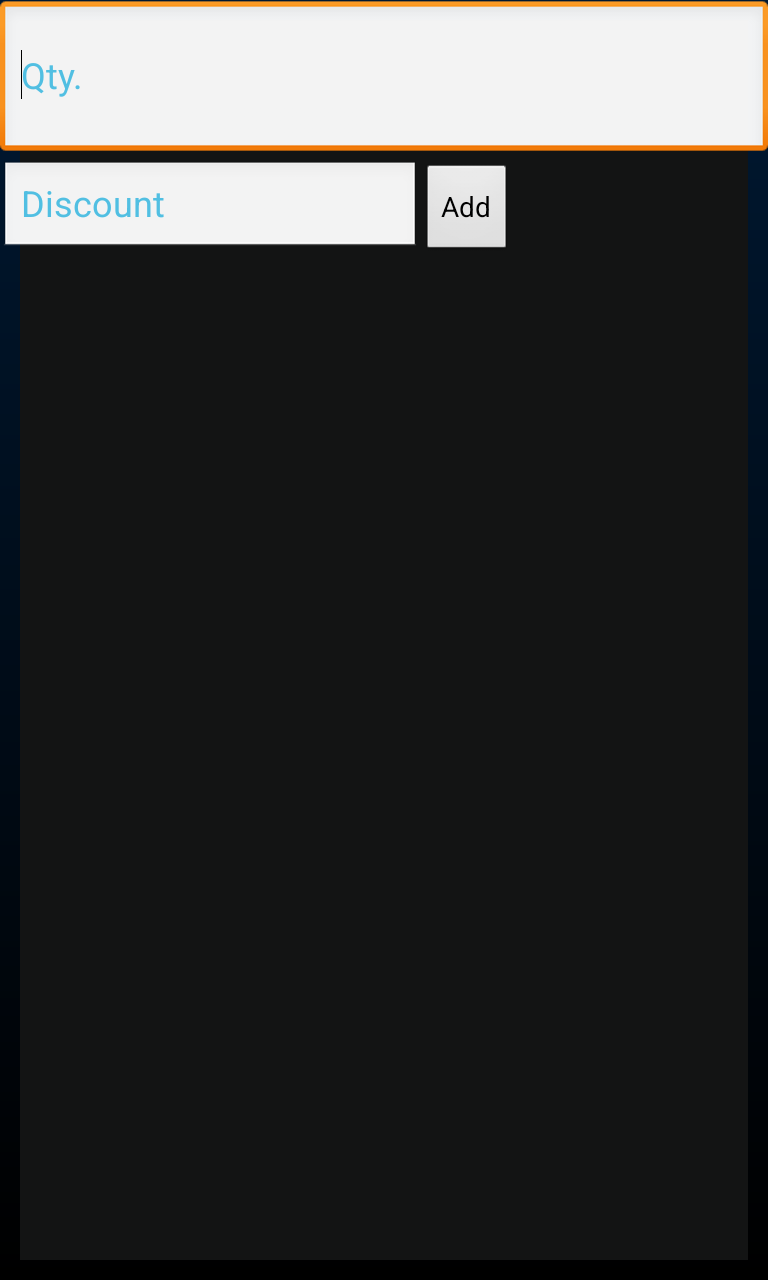
Repository: jasleen1291/B2BMobileApplication
Layout: Mobile E Commerce/B2B/res/layout/simple.xml
An editor plug-in stored every save of this project. The layout is shown before and after the next save, followed by the edit.
It is drawn on a 768 x 1280 px phone screen (xhdpi) without system bars, with theme mycustomtheme; the app's code is not run. Lists and similar views that code fills are empty.

Above is the layout before, as saved 2013-05-27 17:17:41.

### Mobile E Commerce/B2B/res/layout/simple.xml
<?xml version="1.0" encoding="utf-8"?>
<LinearLayout xmlns:android="http://schemas.android.com/apk/res/android"
    android:layout_width="match_parent"
    android:layout_height="match_parent"
    android:orientation="vertical" >

    <EditText
        android:id="@+id/editText1"
        android:layout_width="match_parent"
        android:layout_height="0dp"
        android:layout_weight="1"
        android:hint="@string/qty"
        android:ems="10" >

        <requestFocus />
    </EditText>

    <LinearLayout
        android:layout_width="match_parent"
        android:layout_height="0dp"
        android:layout_weight="1"
        android:orientation="horizontal" >

        <EditText
            android:id="@+id/editText2"
            android:layout_width="wrap_content"
            android:layout_height="wrap_content"
            android:hint="@string/discount"
            android:ems="10" />

        <Button
            android:id="@+id/button1"
            android:layout_width="wrap_content"
            android:layout_height="wrap_content"
            android:text="@string/add" />

    </LinearLayout>

    <ListView
        android:id="@+id/listView1"
        android:layout_width="match_parent"
        android:layout_height="0dp"
        android:layout_weight="6"
         >
    </ListView>

</LinearLayout>

### Mobile E Commerce/B2B/res/values/mycustomtheme.xml
<?xml version="1.0" encoding="utf-8"?>
<resources xmlns:android="http://schemas.android.com/apk/res/android">
    <style name="mycustomtheme" parent="@android:style/Theme.NoTitleBar.Fullscreen">
        <item name="android:windowBackground">@drawable/mybg</item>
       	<item name="android:textColor">#0066cc</item>
       	<item name="android:textColorHint">#51BFE2</item>
    </style>

</resources>

### Mobile E Commerce/B2B/res/drawable/mybg.xml
<?xml version="1.0" encoding="utf-8"?>
<layer-list  xmlns:android="http://schemas.android.com/apk/res/android">
    <item>
<shape android:shape="rectangle">



        <gradient android:startColor="#001933"  android:endColor="#000" android:angle="270"/>


</shape>
</item>
<item android:left="10dp" android:top="10dp" android:right="10dp" android:bottom="10dp">

<shape android:shape="rectangle">



        <solid android:color="#131414"></solid>


</shape>
</item>
</layer-list>

### Mobile E Commerce/B2B/res/values/strings.xml
<?xml version="1.0" encoding="utf-8"?>
<resources>

    <string name="app_name">B2B</string>
    <string name="action_settings">Settings</string>
    <string name="hello_world">Hello world!</string>
    <string name="Loading">Loading&#8230;&#8230;&#8230;</string>
    <string name="title_activity_sign_up">Sign Up</string>

    <string-array name="signUpAsArray">
        <item>Customer</item>
        <item>Retailer</item>
        <item>Supplier</item>
    </string-array>

    <string name="title_activity_registeration">RegisterationActivity</string>
    <string name="title_activity_customer_area">CustomerArea</string>
    <string name="welcome">Welcome</string>
    <string name="title_activity_admin_area">Admin_area</string>
    <string name="general_complaint_fragment">General Complaint</string>
    <string name="hello_blank_fragment">Hello blank fragment</string>
    <string name="general_complaint">General Complaint</string>
    <string name="respond">Respond</string>
    <string name="submit">Submit</string>
    <string name="addcategory">Parent Category</string>
    <string name="categoryhint">Category</string>
    <string name="AddParentCategory">Add super category</string>
    <string name="complaintAbout">Complaint About</string>
    <string name="complainFrom">Complaint From</string>
    <string name="itemComplaint">Complaints about Items</string>
    <string name="shopComplaint">Complaint about shop</string>
    <string name="generalNotification">General Notification</string>
    <string name="urgentNotification">Urgent Notification</string>
    <string name="title">Title</string>
    <string name="message">Message</string>
    <string name="markAll">Mark all</string>
    <string name="advertisementPricing">Advertisement Pricing</string>
    <string name="desc">Description</string>
    <string name="days">No of days</string>
    <string name="cost">Cost</string>
    <string name="size">Size of advertisement</string>
    <string name="type">Type</string>
    <string name="fine">Fine</string>
    <string name="pickCategory">Pick a Category</string>

    <string-array name="typeArray">
        <item>Retailer</item>
        <item>Supplier</item>
    </string-array>

    <string name="update">Update</string>
    <string name="delete">Delete</string>
    <string name="view_advertisement">View Advertisements</string>
    <string name="noofcategories">No of Categories</string>
    <string name="shoppricing">Shop Pricing</string>
    <string name="view_fine_pricing">View Fine Pricing</string>
    <string name="shop_pricing">Shop Pricing</string>
    <string name="subCategory">Add Sub Category</string>
    <string name="addshop">Add Shop</string>
    <string name="title_activity_pay_fine">Pay Fine</string>
    <string name="finetitle">Your account has been suspended by the admin. Pay fine to continue using this applciation.</string>
    <string name="fineabc">Your payment has been received. Your account will now be restored. Please wait few minutes</string>
    <string name="title_activity_retailer_area">Retailer_area</string>
    <string name="title_activity_first_time_login">FirstTimeLogin</string>
    <string name="EditMyCategories">Edit My Categories</string>
    <string name="addnewitem">Add New Item</string>
    <string name="itemname">Item Name</string>
    <string name="longdescription">Long Description</string>
    <string name="qtyperunit">Qty Per unit</string>
    <string name="unit_of_measurement">Unit of Measurement</string>
    <string name="shopName">Shop Name</string>
    <string name="description">Description</string>
    <string name="categoriesAllowed">No of categories allowed</string>
    <string name="itemsSelling">No of Items Selling</string>
    <string name="itemsAvailable">No of Items not Selling</string>
    <string name="expirydate">Expiry Date</string>
    <string name="paymentEmail">Payment Email</string>
    <string name="selectcategory">Select a Category</string>
    <string name="clicktochange">Click On Image To Change It</string>
    <string name="cp">C.P.</string>
    <string name="sp">S.P.</string>
    <string name="minorder">Min order</string>
    <string name="discount">Discount</string>
    <string name="qtyonorder">Qty. On Order</string>
    <string name="qtyonhand">Qty. On Hand</string>
    <string name="qty">Qty.</string>
    <string name="viewdetails">View Details</string>
    <string name="note">Long Click on Image to view expanded image</string>
    <string name="chngImg">Change Image</string>
    <string name="addWarehouse">Add Warehouse</string>
    <string name="name">Name</string>
    <string name="cancel">Cancel</string>
    <string name="itemavailabilty">Item Availabilty</string>
    <string name="batchDiscounts">Batch Discounts</string>
    <string name="clicktoupdate">Click to Update</string>
    <string name="add">Add</string>
    <string name="place_order">Place Order</string>
    <string name="Method">Method</string>
    <string name="warehouse">Warehouse</string>
    <string-array name="ordervia">
        <item >Email</item>
        <item >Phone</item>
    </string-array>
        <string name="total">Total</string>
        <string name="zero">0</string>
        <string name="totalitems">Total No of Items</string>
        <string name="date">Date</string>
        <string name="placed_by">Placed To</string>
        <string name="placed_to">Placed To</string>
        <string name="shipment_address">Shipment Address</string>
        <string name="vieworderlist">View Orders List</string>
        <string name="order_details">Order Details</string>
        <string name="update_status">Update Status</string>
        <string name="categories">Categories</string>
        <string name="plan_details">Plan Details</string>
        <string name="choose_background">Choose background</string>
        <string name="buy_advertisement">Buy Advertisement</string>
        <string name="choose_text_color">Choose text Color</string>
        <string name="view_warehouses">View Warehouse</string>

</resources>

After the next save:
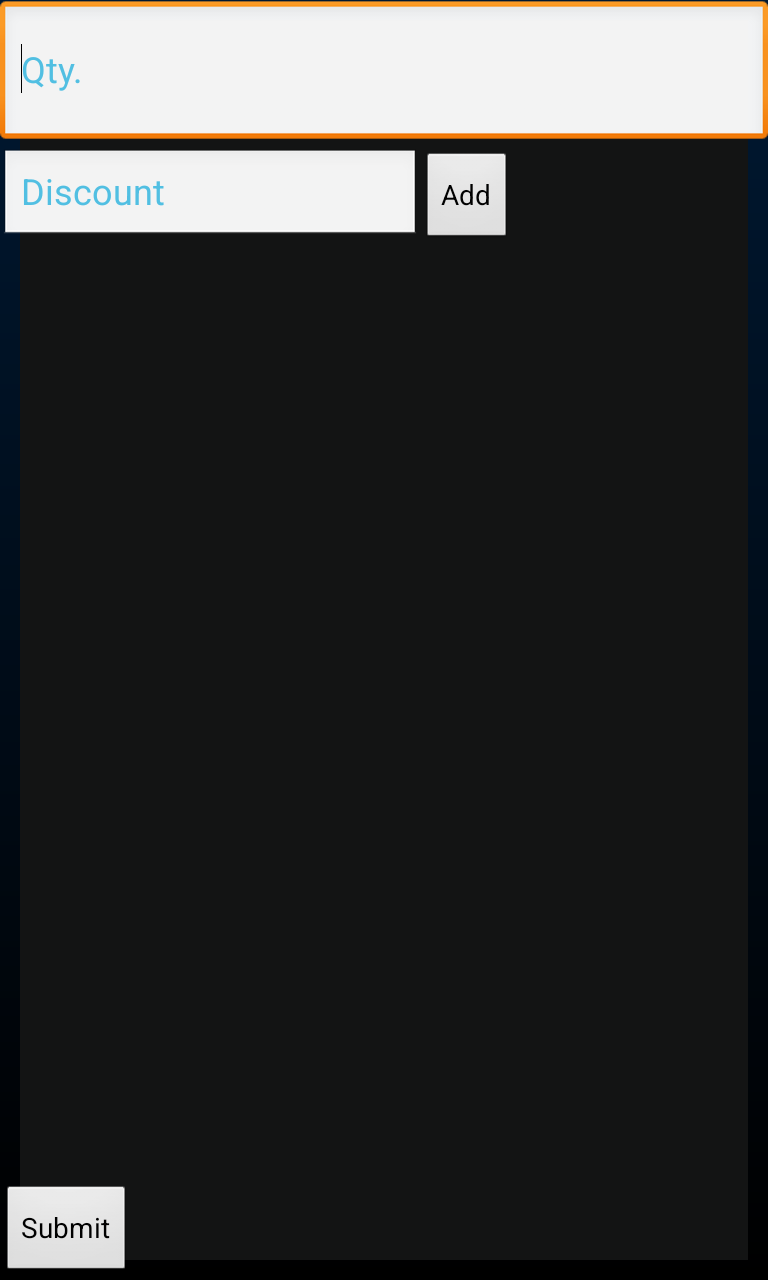
Saved 73 s later.
--- a/Mobile E Commerce/B2B/res/layout/simple.xml
+++ b/Mobile E Commerce/B2B/res/layout/simple.xml
@@ -8,9 +8,10 @@
         android:id="@+id/editText1"
         android:layout_width="match_parent"
         android:layout_height="0dp"
+        android:layout_gravity="center_vertical"
         android:layout_weight="1"
-        android:hint="@string/qty"
-        android:ems="10" >
+        android:ems="10"
+        android:hint="@string/qty" >
 
         <requestFocus />
     </EditText>
@@ -44,4 +45,11 @@
          >
     </ListView>
 
+    <Button
+        android:id="@+id/button2"
+        android:layout_width="wrap_content"
+        android:layout_height="wrap_content"
+        android:layout_gravity="center_vertical"
+        android:text="@string/submit" />
+
 </LinearLayout>
